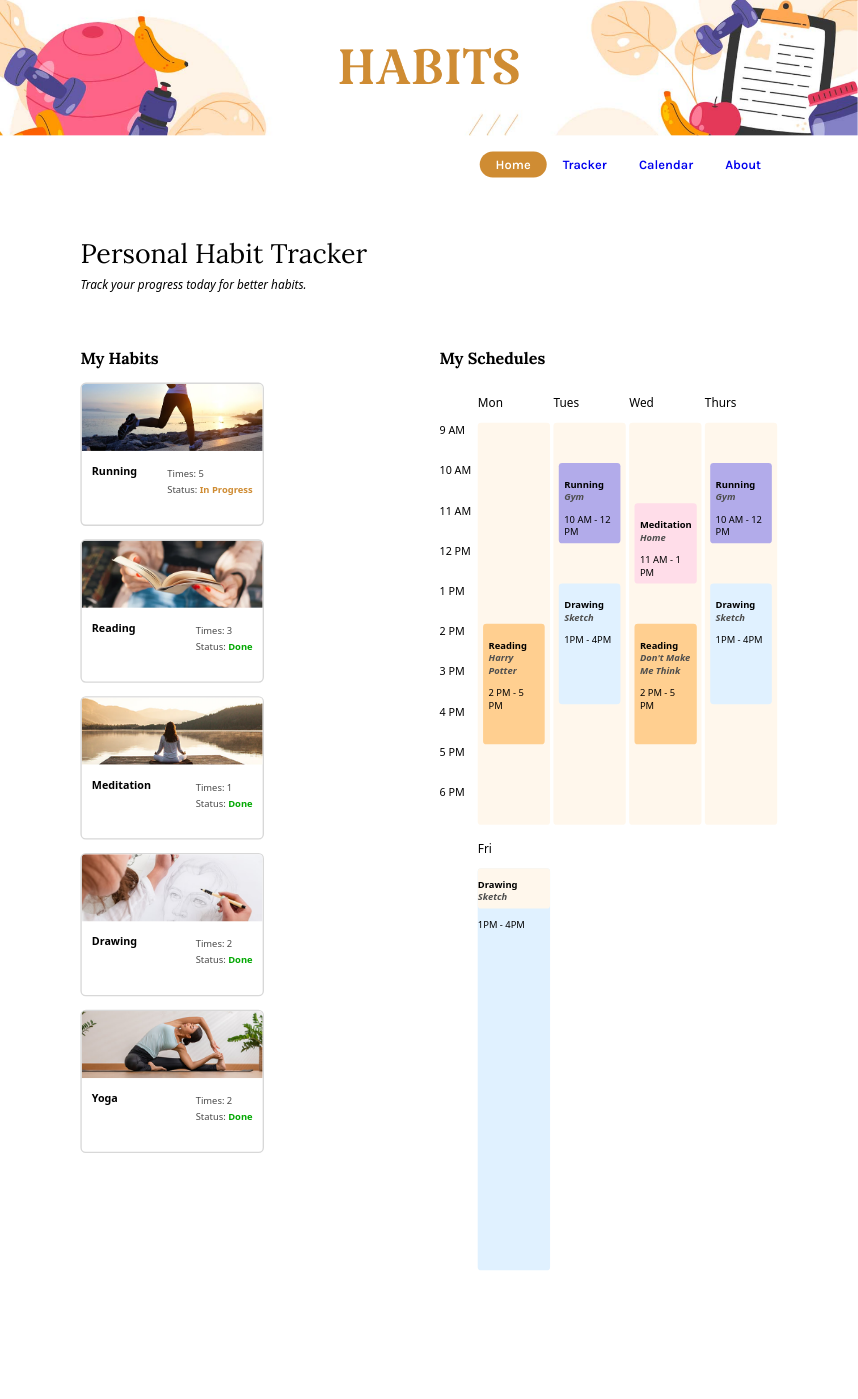
Repository: SandyLy453/habit-tracker
Page: http://localhost/
These files come from the project's save history. The page is drawn as it stood at one moment and after the next save; the edit follows.
The browser window is 1280 px wide. The pictures show the whole page, at 67% of full size.
The page is served by the project's Node server (server.js).

Above is the page before, as saved 2025-03-17 13:43:04.

### views/pages/home.ejs
<!DOCTYPE html>
<html lang="en">
<head>
    <meta charset="UTF-8">
    <meta name="viewport" content="width=device-width, initial-scale=1.0">
    <link rel="stylesheet" href="/styles.css">

    <!-- Fonts -->
    <link rel="preconnect" href="https://fonts.googleapis.com">
    <link rel="preconnect" href="https://fonts.gstatic.com" crossorigin>
    <link href="https://fonts.googleapis.com/css2?family=Karla:ital,wght@0,200..800;1,200..800&family=Roboto:ital,wght@0,100..900;1,100..900&display=swap" rel="stylesheet">

    <link rel="preconnect" href="https://fonts.googleapis.com">
    <link rel="preconnect" href="https://fonts.gstatic.com" crossorigin>
    <link href="https://fonts.googleapis.com/css2?family=Lora:ital,wght@0,400..700;1,400..700&display=swap" rel="stylesheet">
</head>
<body>
    <%- include('../partials/header', { activePage: 'home' }) %>
    <div class="heading_section">
        <h1>Personal Habit Tracker</h1>
        <p>Track your progress today for better habits.</p>
    </div>

    <section class="main_content">
        <div class="cards_section">
            <h2>My Habits</h2>
            <section class="cards">
                <div class="card">
                    <img src="/images/running.png" alt="Running Image" />
                    <div class="habit">
                        <h3>Running</h3>
                        <div class="details">
                            <p>Times: 5</p>
                            <p>Status: <span class="status in-progress">In Progress</span></p>
                        </div>
                    </div>
                </div>
                <div class="card">
                    <img src="/images/reading.png" alt="Reading Image" />
                    <div class="habit">
                        <h3>Reading</h3>
                        <div class="details">
                            <p>Times: 3</p>
                            <p>Status: <span class="status done">Done</span></p>
                        </div>
                    </div>
                </div>
                <div class="card">
                    <img src="/images/meditation.png" alt="Meditation Image" />
                    <div class="habit">
                        <h3>Meditation</h3>
                        <div class="details">
                            <p>Times: 1</p>
                            <p>Status: <span class="status done">Done</span></p>
                        </div>
                    </div>
                </div>
                <div class="card">
                    <img src="/images/drawing.png" alt="Drawing Image" />
                    <div class="habit">
                        <h3>Drawing</h3>
                        <div class="details">
                            <p>Times: 2</p>
                            <p>Status: <span class="status done">Done</span></p>
                        </div>
                    </div>
                </div>
                <div class="card">
                    <img src="/images/yoga.png" alt="Yoga Image" />
                    <div class="habit">
                        <h3>Yoga</h3>
                        <div class="details">
                            <p>Times: 2</p>
                            <p>Status: <span class="status done">Done</span></p>
                        </div>
                    </div>
                </div>
            </section>
        </div>
        <div class="schedules_section">
            <h2>My Schedules</h2>
            <div class="calendar">
                <div class="timeline">
                  <div class="spacer"></div>
                  <div class="time-marker">9 AM</div>
                  <div class="time-marker">10 AM</div>
                  <div class="time-marker">11 AM</div>
                  <div class="time-marker">12 PM</div>
                  <div class="time-marker">1 PM</div>
                  <div class="time-marker">2 PM</div>
                  <div class="time-marker">3 PM</div>
                  <div class="time-marker">4 PM</div>
                  <div class="time-marker">5 PM</div>
                  <div class="time-marker">6 PM</div>
                </div>
                <div class="days">
                  <div class="day mon">
                    <div class="date">
                      <p class="date-day">Mon</p>
                    </div>
                    <div class="events">
                      <div class="event start-2 end-5 reading">
                        <p class="title">Reading<br><span style="font-style: italic; color: #4e4e4e">Harry Potter</span></p>
                        <p class="time">2 PM - 5 PM</p>
                      </div>
                    </div>
                  </div>
                  <div class="day tues">
                    <div class="date">
                      <p class="date-day">Tues</p>
                    </div>
                    <div class="events">
                      <div class="event start-10 end-12 running">
                        <p class="title">Running<br><span style="font-style: italic; color: #4e4e4e">Gym</span></p>
                        <p class="time">10 AM - 12 PM</p>
                      </div>
                      <div class="event start-1 end-4 drawing">
                        <p class="title">Drawing<br><span style="font-style: italic; color: #4e4e4e">Sketch</p>
                        <p class="time">1PM - 4PM</p>
                      </div>
                    </div>
                  </div>
                  <div class="day wed">
                    <div class="date">
                      <p class="date-day">Wed</p>
                    </div>
                    <div class="events">
                      <div class="event start-12 end-1 meditation">
                        <p class="title">Meditation<br><span style="font-style: italic; color: #4e4e4e">Home</span></p>
                        <p class="time">11 AM - 1 PM</p>
                      </div>
                      <div class="event start-2 end-5 reading">
                        <p class="title">Reading<br><span style="font-style: italic; color: #4e4e4e">Don't Make Me Think</span></p>
                        <p class="time">2 PM - 5 PM</p>
                      </div>
                    </div>
                  </div>
                  <div class="day thurs">
                    <div class="date">
                      <p class="date-day">Thurs</p>
                    </div>
                    <div class="events">
                      <div class="event start-10 end-12 running">
                        <p class="title">Running<br><span style="font-style: italic; color: #4e4e4e">Gym</span></p>
                        <p class="time">10 AM - 12 PM</p>
                      </div>
                      <div class="event start-1 end-4 drawing">
                        <p class="title">Drawing<br><span style="font-style: italic; color: #4e4e4e">Sketch</p>
                        <p class="time">1PM - 4PM</p>
                      </div>
                    </div>
                  </div>
                  <div class="day fri">
                    <div class="date">
                      <p class="date-day">Fri</p>
                    </div>
                    <div class="events start-1 end-4 drawing">
                    <div class="events ">
                      <p class="title">Drawing<br><span style="font-style: italic; color: #4e4e4e">Sketch</p>
                      <p class="time">1PM - 4PM</p>
                    </div>
                  </div>
                </div>
              </div>
        </div>
    </section>

    <!-- JavaScript Codes -->
    <script>

    </script>
</body>
</html>

### views/partials/header.ejs
<!DOCTYPE html>
<html lang="en">
<head>
    <meta charset="UTF-8">
    <meta name="viewport" content="width=device-width, initial-scale=1.0">
    <title>
        <%= typeof title != 'undefined' ? title : 'Page Title' %>
    </title>
    <link rel="stylesheet" href="/styles.css">
    <link rel="preconnect" href="https://fonts.googleapis.com">
    <link rel="preconnect" href="https://fonts.gstatic.com" crossorigin>
    <link href="https://fonts.googleapis.com/css2?family=Karla:ital,wght@0,200..800;1,200..800&family=Roboto:ital,wght@0,100..900;1,100..900&display=swap" rel="stylesheet">
</head>
<body>
    <header>
        <div class="header_container">
            <img src="<%= activePage === 'home' ? '/images/home_banner.png' : activePage === 'tracker' ? '/images/tracker_banner.png' : activePage === 'calendar' ? '/images/calendar_banner.png' : '/images/about_banner.png' %>" alt="Banner Images"/>
            <ul class="header">
                <li><a href="/" class="header_items <%= activePage === 'home' ? 'highlight' : '' %>">Home</a></li>
                <li><a href="/tracker" class="header_items <%= activePage === 'tracker' ? 'highlight' : '' %>">Tracker</a></li>
                <li><a href="/calendar" class="header_items <%= activePage === 'calendar' ? 'highlight' : '' %>">Calendar</a></li>
                <li><a href="/about" class="header_items <%= activePage === 'about' ? 'highlight' : '' %>">About</a></li>
              </ul>
        </div>
    </header>
</body>
</html>

### server.js
import pg from 'pg';
import express from 'express';
import bodyParser from 'body-parser';
import dotenv from 'dotenv';
import path from 'path';
import { fileURLToPath } from 'url';

const __filename = fileURLToPath(import.meta.url);
const __dirname = path.dirname(__filename);

dotenv.config();

// Database setup
const db = new pg.Client({
  user: process.env.DB_USER,
  host: process.env.DB_HOST,
  database: process.env.DB_DATABASE,
  password: process.env.DB_PASSWORD,
  port: process.env.DB_PORT,
});

db.connect()
  .then(() => {
    console.log('Connected to the database');
  })
  .catch(err => {
    console.error('Database connection error:', err.stack);
});

const app = express();
const port = 3000;

app.set('views', path.join(__dirname, 'views'));

// Middleware
app.use(bodyParser.urlencoded({ extended: true }));
app.use(express.static('public'));  // Serve static files from the public folder
app.set('view engine', 'ejs');

// Routes
app.get('/', (req, res) => {
  res.render('pages/home', {
    title: "Personal Habit Tracker",
    activePage: 'home',
    paragraph: "Track your progress today for better habits."
  });
});

app.get('/tracker', (req, res) => {
  res.render('pages/tracker', {
    title: "My Habits Tracker",
    activePage: 'tracker',
    paragraph: " "
  });
});

app.get('/calendar', (req, res) => {
  let { month, year } = req.query;

  // If month/year not provided, use today's date
  if (!month || !year) {
    const currentDate = new Date();
    month = currentDate.getMonth();
    year = currentDate.getFullYear();
  } else {
    // Convert to numbers
    month = parseInt(month, 10);
    year = parseInt(year, 10);
  }
  res.render('pages/calendar', {
    currentMonth: month,
    currentYear: year,
  });
});


app.get('/about', (req, res) => {
  res.render('pages/about', {
    title: "About",
    activePage: 'about',
  });
});

app.listen(port, () => {
  console.log(`App listening at port ${port}`);
});

### public/styles.css
:root {
    --header-font: "Karla", sans-serif;
    --heading-font: "Lora", serif;

    --font-styles-bold: 600;
    --font-styles-regular: 400;
    --header-large: 1.2rem;
    --page-heading: 2.5rem;
    --page-details: 1.1rem;

    --card-status-inProgress: #CF8C33;
    --card-paragraph: #4A4A4A;
    --card-status-done: #03a903;

    --schedules-reading: #FFCF90;
    --schedules-running: #B2ABEA;
    --schedules-drawing: #E0F1FF;
    --schedules-meditation: #FFDDE9;
    --event-backgroundColor: #FFF7EC;

    --numDays: 5;
    --numHours: 10;
    --timeHeight: 60px;
}

body {
    font-family: Arial, sans-serif;
    text-align: center;
    margin: 0%;
    padding-bottom: 5rem;
}

input, button {
    margin: 5px;
    padding: 8px;
}

/* Header */
.header_container img {
    margin: 0;
    padding: 0;
    display: block;
    width: 100%;
    height: 100%;
    object-fit: cover;
}

.header {
    display: flex;
    flex-direction: row;
    justify-content:flex-end;
    list-style: none;
    margin: 2rem 120px;
    font-family: var(--header-font);
    font-weight: var(--font-styles-bold);
    font-size: var(--header-large);
}

.header_items {
    text-decoration: none;
    padding: .5rem 1.5rem;
    border-radius: 20px;
}

.header_items.highlight {
    color: white;
    background-color: var(--card-status-inProgress);
}

/* Home Page */
.heading_section {
    text-align: left;
    margin: 6rem 120px 4rem 120px;
}

.heading_section h1 {
    font-family: var(--heading-font);
    font-weight: var(--font-styles-regular);
    font-size: var(--page-heading);
    margin-bottom: 0;
}

.heading_section p {
    font-size: var(--page-details);
    margin-top: .5rem;
    font-style: italic;
}

.main_content {
    display: flex;
    flex-direction: row;
    margin: 0 120px 7rem 120px;
    gap: 2rem;
    text-align: left;
    align-items: flex-start;
}

/* Home Page Cards */

.cards_section {
    width: 50%;
    display: flex;
    flex-direction: column;
    justify-content: flex-start;
    padding: 0;
}

.cards_section h2,
.schedules_section h2 {
    font-family: var(--heading-font);
}

.cards {
    display: flex;
    flex-direction: row;
    flex-wrap: wrap;
    gap: 20px;
}

.card {
    position: relative;
    background-color: white;
    border-radius: 8px;
    border: 2px solid #D8D8D8;
    padding: 15px;
    width: 240px;
    height: 180px;
    text-align: left;
    overflow: hidden;
}

.card img {
    width: 100%;
    height: 100px;
    object-fit: cover;
    position: absolute;
    overflow: hidden;
    top: 0;
    left: 0;
    right: 0;
}

.habit {
    position: relative;
    display: flex;
    flex-direction: row;
    margin-bottom: 15px;
    justify-content: space-between;
    top: 6.5rem;
}

.habit h3 {
    margin: 0;
    font-size: 16px;
}

.habit p {
    margin: 5px 0;
    font-size: 14px;
    color: var(--card-paragraph);
}

.status {
    font-weight: bold;
}

.status.in-progress {
    color: var(--card-status-inProgress);
}

.status.done {
    color: var(--card-status-done);
}

/* Calendar */

.schedules_section {
    width: 50%;
    display: flex;
    flex-direction: column;
}

.calendar {
    display: grid;
    gap: 10px;
    grid-template-columns: auto 1fr;
}

.timeline {
    display: grid;
    grid-template-rows: repeat(var(--numHours), var(--timeHeight));
}

.days {
    display: grid;
    grid-column: 2;
    gap: 5px;
    grid-template-columns: repeat(auto-fit, minmax(100px, 1fr));
}

.events {
    display: grid;
    grid-template-rows: repeat(var(--numHours), var(--timeHeight));
    border-radius: 5px;
    background: var(--event-backgroundColor);
}

.start-10 {
    grid-row-start: 2;
}

.start-12 {
    grid-row-start: 3;
}

.start-1 {
    grid-row-start: 5;
}

.start-2 {
    grid-row-start: 6;
}

.end-12 {
    grid-row-end: 4;
}

.end-1 {
    grid-row-end: 5;
}

.end-3 {
    grid-row-end: 7;
}

.end-4 {
    grid-row-end: 8;
}

.end-5 {
    grid-row-end: 9;
}

.title {
    font-weight: 600;
    margin-bottom: 0.1rem;
}

.event {
    border: 1px solid var(--eventBorderColor);
    border-radius: 5px;
    padding: 0.5rem;
    margin: 0 0.5rem;
    background: white;
}

.events p {
    font-size: 14px;
}

.space,
.date {
    height: 60px
}

body {
    font-family: system-ui, sans-serif;
}

.running {
    background: var(--schedules-running);
}

.drawing {
    background: var(--schedules-drawing);
}

.meditation {
    background: var(--schedules-meditation);
}

.reading {
    background: var(--schedules-reading);
}

.date {
    display: flex;
    gap: 1em;
}

.date-day {
    display: inline;
    font-size: var(--page-details);
}

.calendar-container {
    font-family: Arial, sans-serif;
    margin: 40px auto;
    max-width: 90vw;
    padding: 20px;
}

.calendar-header {
    background-color: #ffe5b4;
    padding: 20px;
    border-radius: 12px 12px 0 0;
    text-align: center;
    color: #c17a00;
}

.calendar-nav {
    text-align: center;
}

.calendar-table {
    width: 90vw;
    border-collapse: collapse;
    margin: auto;
}

.calendar-table th {
    background-color: #ffecd1;
    color: #b87b00;
    padding: 10px;
}

.calendar-table td {
    border: 1px solid #ffdab3;
    width: calc(90vw/7);
    height: 80px;
    vertical-align: top;
    padding: 8px;
    margin: 0 5vw 5rem 5vw;
}

.date-number {
    font-weight: bold;
    text-align: right;
    width: 100%;
}

.sb {
    background-color: #c4b5ff;
    color: #663399;
    font-size: 0.75rem;
    padding: 3px 6px;
    border-radius: 4px;
    margin-top: 4px;
}

#month-year {
    color: #CF8C33;
    font-family: var(--header-font);
    font-size: 72px;
    font-weight: 400;
    text-align: left;
}

.calendar-add {
    width: 200px;
    height: 60px;
    margin: 0;
}

#add-event-btn {
    border-radius: 20px;
    background: rgba(255, 207, 144, 0.31);
    width: 150px;
    height: 40px;
    border: none;
}


/* ====== Modal Overlay ====== */
.overlay {
    position: fixed;
    top: 0;
    left: 0;
    width: 100%;
    height: 100%;
    background: rgba(0,0,0,0.3);
    display: flex;
    justify-content: center;
    align-items: center;
    z-index: 999;
}

.hidden {
    display: none;
}

.modal {
    background-color: #ffffff;
    padding: 20px 30px;
    border-radius: 12px;
    width: 500px;
    height: auto;
}

.modal h2 {
    margin-top: 0;
    margin-bottom: 15px;
    font-size: 1.5rem;
}

.modal label {
    display: block;
    margin-top: 10px;
}

.modal input {
    width: 100%;
    padding: 6px;
    margin-top: 4px;
    border: 1px solid #ffd699;
    border-radius: 4px;
}

.modal-buttons {
    margin-top: 20px;
    text-align: right;
}

.modal-buttons button {
    background-color: #fff4cc;
    color: #e6ac00;
    border: none;
    border-radius: 4px;
    padding: 8px 12px;
    margin-left: 10px;
    cursor: pointer;
}

.modal input {
    width: 100%;
}

.modal label {
    width: 100%;
    text-align: left;
}

After the next save:
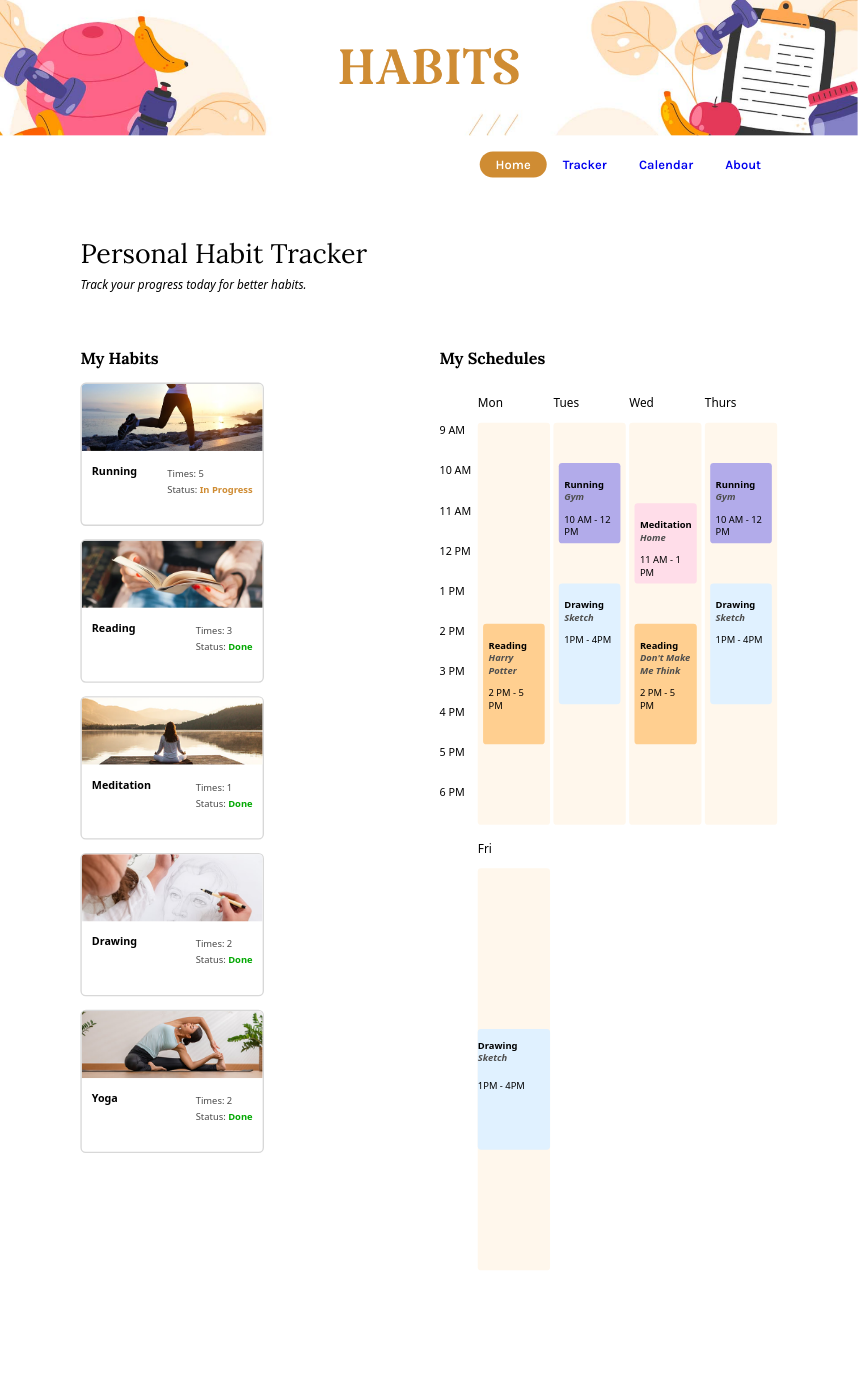
Saved 2 min 29 s later.
--- a/views/pages/home.ejs
+++ b/views/pages/home.ejs
@@ -154,8 +154,8 @@
                     <div class="date">
                       <p class="date-day">Fri</p>
                     </div>
+                    <div class="events">
                     <div class="events start-1 end-4 drawing">
-                    <div class="events ">
                       <p class="title">Drawing<br><span style="font-style: italic; color: #4e4e4e">Sketch</p>
                       <p class="time">1PM - 4PM</p>
                     </div>
